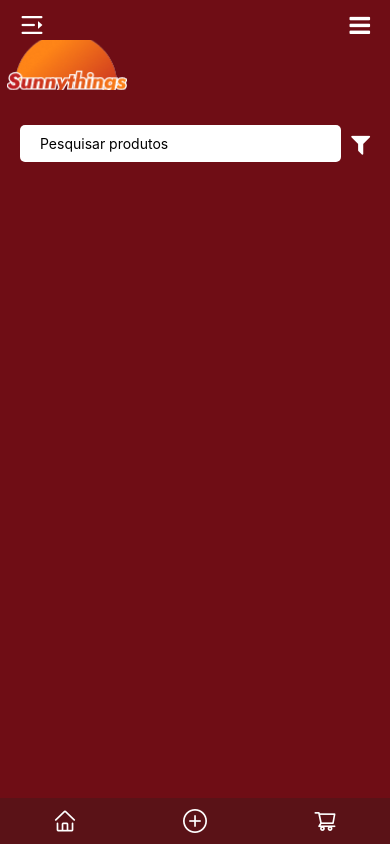
Repository: Luizzzin/SuperMercado
Screen: / (app in suny/)
These files come from the project's save history. The screen is drawn as it stood at one moment and after the next save; the edit follows.
The app was drawn by React Native's web renderer in a window 390 px wide. The project was rebuilt for these pictures with package versions that can differ from the ones it lists, and the page was loaded fresh each time.

Above is the screen before, as saved 2024-05-09 19:48:41.

### suny/App.js
import React from 'react';
import { NavigationContainer } from '@react-navigation/native';
import { createStackNavigator } from '@react-navigation/stack';
import Routes from './routes'; // Importe o componente Routes

const Stack = createStackNavigator();

const App = () => {
  return <Routes />;
}

export default App;

### suny/routes.js
import React from 'react';
import { NavigationContainer } from '@react-navigation/native';
import { createStackNavigator } from '@react-navigation/stack';
import HomeScreen from './HomeScreen'; // Importe o componente HomeScreen

const Stack = createStackNavigator();

const Routes = () => {
  return (
    <NavigationContainer>
      <HomeScreen />
    </NavigationContainer>
  );
}

export default Routes;

### suny/HomeScreen.js
import React from 'react';
import { View, Text, StyleSheet, TouchableOpacity, TextInput, Image, ScrollView } from 'react-native';
import { AntDesign, FontAwesome } from '@expo/vector-icons'; // Certifique-se de instalar o pacote expo-vector-icons

const HomeScreen = () => {
  return (
    <View style={styles.container}>
      {/* Header */}
      <View style={styles.header}>
        <TouchableOpacity onPress={() => console.log("Menu clicked")}>
          <AntDesign name="menu-fold" size={24} color="white" />
        </TouchableOpacity>
        <Image source={require('./path/to/your/logo.png')} style={styles.logo} />
        <TouchableOpacity onPress={() => console.log("Hamburger clicked")}>
          <FontAwesome name="bars" size={24} color="white" />
        </TouchableOpacity>
      </View>

      {/* Search Bar */}
      <View style={styles.searchBar}>
        <TextInput
          style={styles.input}
          placeholder="Pesquisar produtos"
        />
        <TouchableOpacity onPress={() => console.log("Filter clicked")}>
          <FontAwesome name="filter" size={24} color="white" />
        </TouchableOpacity>
      </View>

      {/* Category Carousel */}
      <ScrollView horizontal style={styles.carousel}>
        {/* Render your 7 category images here */}
      </ScrollView>

      {/* Product Cards */}
      <ScrollView style={styles.productContainer}>
        {/* Render your product cards here */}
      </ScrollView>

      {/* Tab Bar */}
      <View style={styles.tabBar}>
        <TouchableOpacity onPress={() => console.log("Home clicked")} style={styles.tabItem}>
          <AntDesign name="home" size={24} color="white" />
        </TouchableOpacity>
        <TouchableOpacity onPress={() => console.log("Add clicked")} style={styles.tabItem}>
          <AntDesign name="pluscircleo" size={24} color="white" />
        </TouchableOpacity>
        <TouchableOpacity onPress={() => console.log("Cart clicked")} style={styles.tabItem}>
          <AntDesign name="shoppingcart" size={24} color="white" />
        </TouchableOpacity>
      </View>
    </View>
  );
}

const styles = StyleSheet.create({
  container: {
    flex: 1,
    backgroundColor: '#6F0D15',
  },
  header: {
    flexDirection: 'row',
    justifyContent: 'space-between',
    alignItems: 'center',
    paddingHorizontal: 20,
    paddingTop: 0,
  },
  logo: {
    width: 120,
    height: 50,
    right: 130,
    top: 40,
  },
  searchBar: {
    flexDirection: 'row',
    alignItems: 'center',
    paddingHorizontal: 20,
    marginTop: 75,
  },
  input: {
    flex: 1,
    backgroundColor: 'white',
    borderRadius: 5,
    paddingVertical: 10,
    paddingHorizontal: 20,
    marginRight: 10,
  },
  carousel: {
    marginTop: 20,
    paddingHorizontal: 20,
    marginBottom: 20,
  },
  productContainer: {
    paddingHorizontal: 20,
  },
  tabBar: {
    flexDirection: 'row',
    justifyContent: 'space-around',
    backgroundColor: '#5A1217',
    paddingVertical: 10,
  },
  tabItem: {
    flex: 1,
    alignItems: 'center',
  },
});

export default HomeScreen;

After the next save:
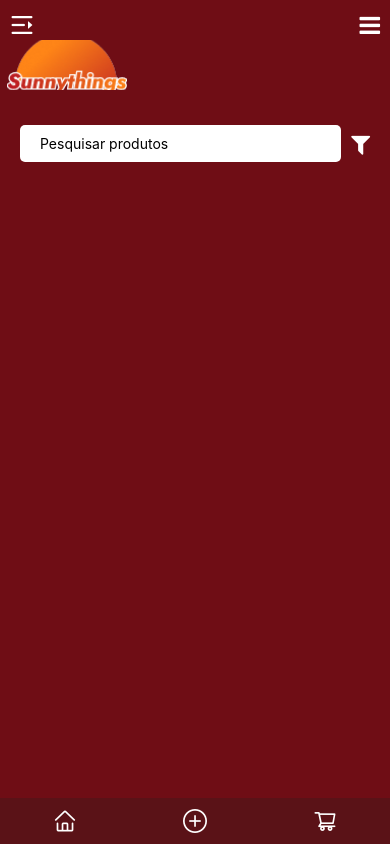
Saved 13 s later.
--- a/suny/HomeScreen.js
+++ b/suny/HomeScreen.js
@@ -62,7 +62,7 @@
     flexDirection: 'row',
     justifyContent: 'space-between',
     alignItems: 'center',
-    paddingHorizontal: 20,
+    paddingHorizontal: 10,
     paddingTop: 0,
   },
   logo: {
